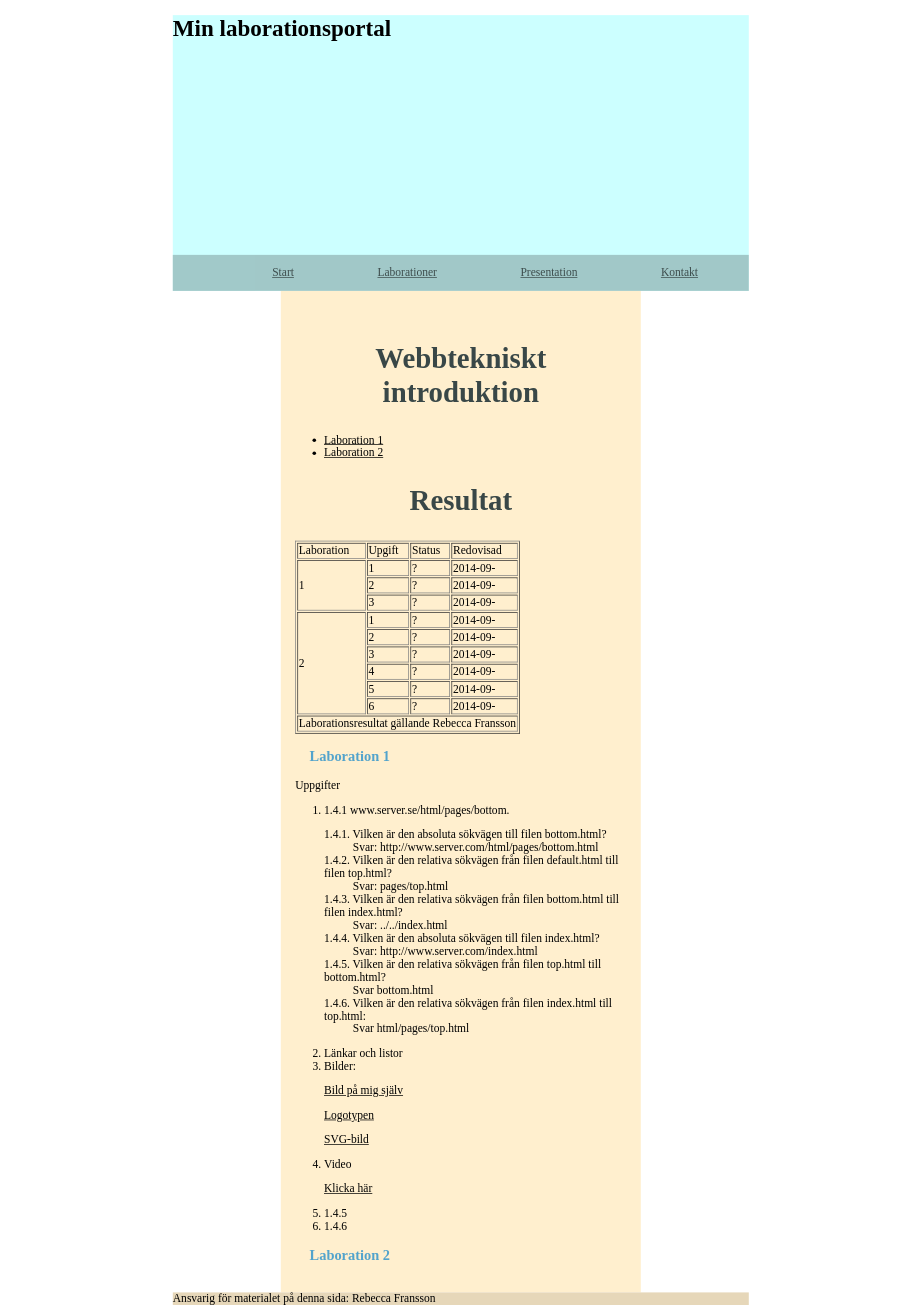
Repository: RebeccaFransson/Interfacedevelopment-1IK415
Page: pages/laborationer.html
The author's editor kept a record of every edit. The page is drawn from the files as they stood at one moment, then again after the next edit.
The browser window is 1280 px wide. The pictures show the whole page, at 72% of full size.

Above is the page before.

After the next edit:
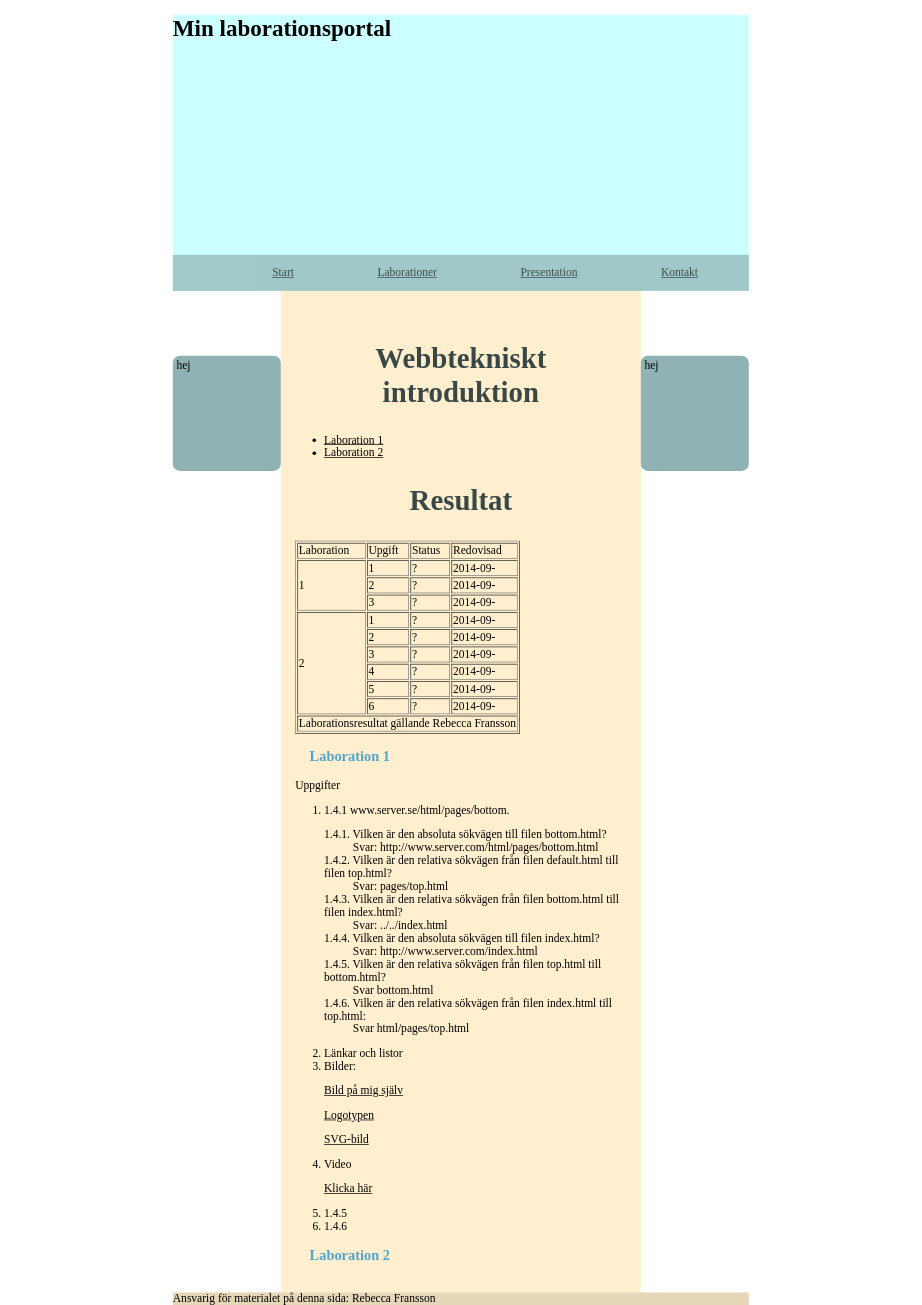
The edit:
--- a/pages/laborationer.html
+++ b/pages/laborationer.html
@@ -18,6 +18,13 @@
             <li><a href="presentation.html">Presentation</a> </li>
             <li><a href="kontakt.html">Kontakt</a> </li>
         </ul>
+    </div>
+
+    <div class="left pic">
+     hej
+    </div>
+    <div class="right pic">
+     hej
     </div>
 
     <div id="content">
